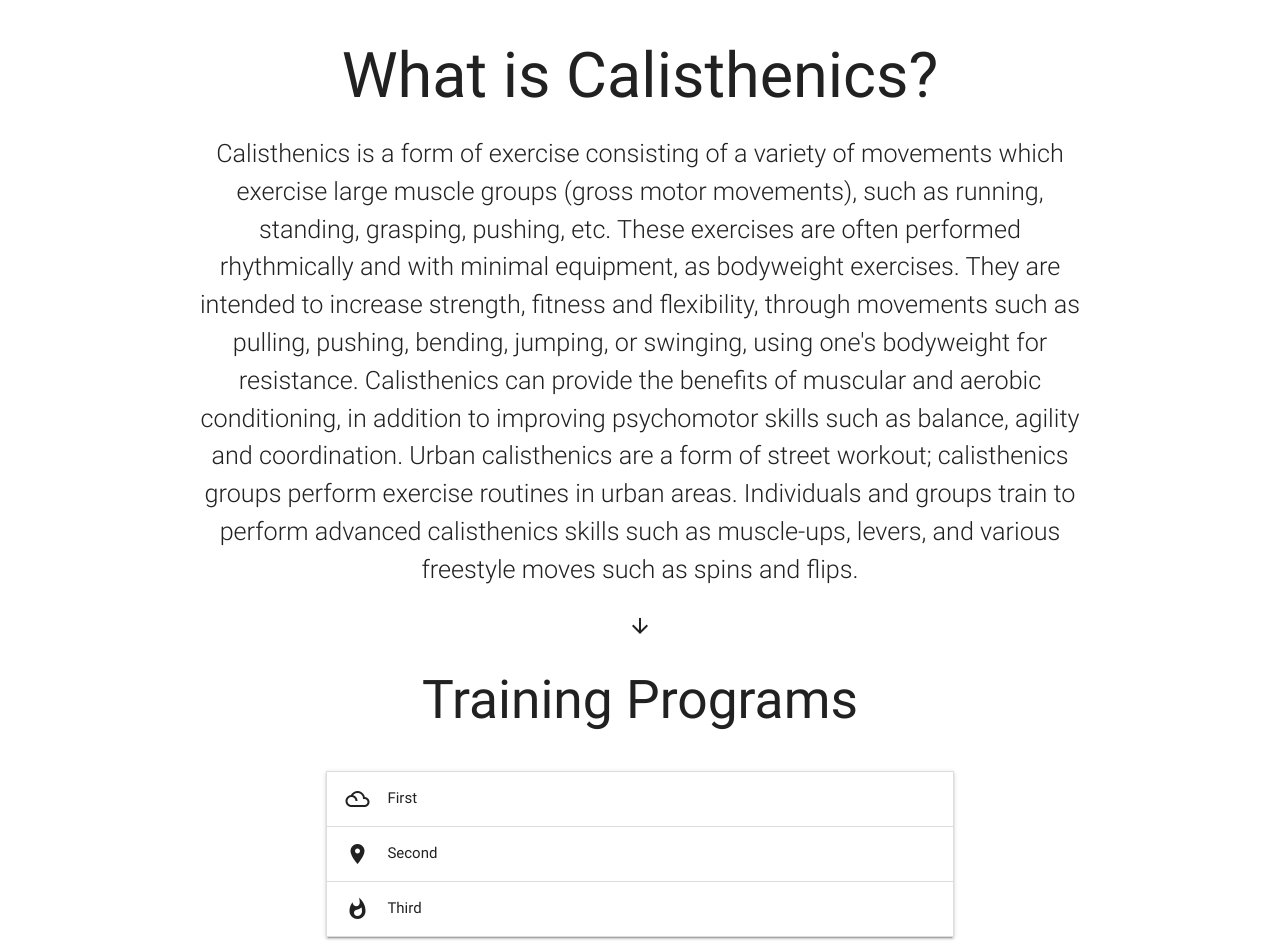
Repository: Ario124/calisthenics-project
Page: http://localhost/
The author's editor kept a record of every edit. The page is drawn from the files as they stood at one moment, then again after the next edit.
The browser window is 1280 px wide. The pictures show the part of the page from y = 559 to 1511 px (the page is 1511 px tall).
The page is served by the project's application, run on Flask 3 (app.py). Queries for data that is not in the repository find no rows.

Above is the page before.

### templates/index.html
{% extends 'base.html' %}
{% block content %}

<div class="container">
     <div class="video-container">
        <iframe src="///www.youtube.com/embed/FHBtLAvNGo4?start=14&end=103&controls=0&showinfo=0&rel=0&autoplay=1&loop=1&playlist=FHBtLAvNGo4&mute=1" frameborder="0" allowfullscreen></iframe>
      </div>


                <div class="row">
                    <div class="col s12 center">
                        <h1 class="center">What is Calisthenics?</h1>

                        <p class="flow-text">
                            Calisthenics is a form of exercise consisting of a variety of movements which exercise large muscle groups
                            (gross motor movements), such as running, standing, grasping, pushing, etc. These exercises are often performed rhythmically
                            and with minimal equipment, as bodyweight exercises.<span class ="hide-on-small-only"> They are intended to increase strength, fitness and flexibility, through
                            movements such as pulling, pushing, bending, jumping, or swinging, using one's bodyweight for resistance. Calisthenics can provide
                            the benefits of muscular and aerobic conditioning, in addition to improving psychomotor skills such as balance, agility and coordination.

                            Urban calisthenics are a form of street workout; calisthenics groups perform exercise routines in urban areas.
                            Individuals and groups train to perform advanced calisthenics skills such as muscle-ups, levers, and various freestyle moves such as spins and flips.</span>

                        </p>

                        <ul class="hide-on-large-only collapsible">
                            <li>
                                <div class="collapsible-header"><i class="material-icons">info_outline</i>Read More</div>
                                <div class="collapsible-body"><span>They are intended to increase strength, fitness and flexibility, through
                            movements such as pulling, pushing, bending, jumping, or swinging, using one's bodyweight for resistance. Calisthenics can provide
                            the benefits of muscular and aerobic conditioning, in addition to improving psychomotor skills such as balance, agility and coordination.

                            Urban calisthenics are a form of street workout; calisthenics groups perform exercise routines in urban areas.
                            Individuals and groups train to perform advanced calisthenics skills such as muscle-ups, levers, and various freestyle moves such as spins and flips.</span></div>
                            </li>
                        </ul>

                        <div class="row">
                            <div class="">
                                    <i class="rrow material-icons">arrow_downward</i>
                            </div>

                        </div>

                        <h2>Training Programs</h2>

                    </div>

                </div>
               <div class="container contoo">

                                         {% for program in training_programs %}
                {{program.program_name}}
                {{program.program_category}}
                {{program.difficulty_level}}
                {{program.strength_required}}
                {{program.sets_amount}}
                {{program.reps_amount}}
                {{program.equipment_required}}
                 {% endfor %}

              <ul class="collapsible">
                <li>
                    <div class="collapsible-header"><i class="material-icons">filter_drama</i>First</div>
                    <div class="collapsible-body"><span>Lorem ipsum dolor sit amet.</span></div>
                </li>
                <li>
                    <div class="collapsible-header"><i class="material-icons">place</i>Second</div>
                    <div class="collapsible-body"><span>Lorem ipsum dolor sit amet.</span></div>
                </li>
                <li>
                    <div class="collapsible-header"><i class="material-icons">whatshot</i>Third</div>
                    <div class="collapsible-body"><span>Lorem ipsum dolor sit amet.</span></div>
                </li>
            </ul>
            </div>
               </div>



{% endblock %}

### templates/base.html
<!DOCTYPE html>
<html lang="en">
<head>
    <link href="https://fonts.googleapis.com/icon?family=Material+Icons" rel="stylesheet">
    <link rel="stylesheet" href="https://cdnjs.cloudflare.com/ajax/libs/materialize/0.100.2/css/materialize.min.css">
                <link rel="stylesheet" href="{{url_for('static', filename="css/main.css")}}" type="text/css" />

    <title>Calisthenics Project</title>
</head>
<body>
<header>

    <div class="navbar-fixed">
        <nav>
            <div class="nav-wrapper">
              <a href="{{url_for('home')}}" class="brand-logo center">Calisthenics</a>
              <ul id="nav-mobile" class="right hide-on-med-and-down">
                <li><a href="{{url_for('add_program')}}">Add Program</a></li>
                <li><a href="{{url_for('categories')}}">Categories</a></li>
                <li><a href="{{url_for('contact')}}">Contact Us</a></li>
              </ul>
            </div>
      </nav>
    </div>


</header>
    {% block content %}
    {% endblock %}

    <script src="https://cdnjs.cloudflare.com/ajax/libs/jquery/3.4.1/jquery.min.js"></script>
    <script src="https://cdnjs.cloudflare.com/ajax/libs/materialize/0.100.2/js/materialize.min.js"></script>

</body>
</html>

### app.py
import os
from flask import Flask, render_template, redirect, request, url_for
from flask_pymongo import PyMongo
from bson.objectid import ObjectId

app = Flask(__name__)


app.config["MONGO_DBNAME"] = 'calisthenics-project'
app.config["MONGO_URI"] = 'mongodb+srv://root:pasol005@myfirstcluster-qno2b.mongodb.net/calisthenics?retryWrites=true&w=majority'


mongo = PyMongo(app)

@app.route('/')
@app.route('/home')
def home():
    return render_template('index.html', training_programs=mongo.db.training_programs.find())

@app.route('/add_program')
def add_program():
    return render_template('add_program.html')

@app.route('/categories')
def categories():
    return render_template('categories.html')

@app.route('/contact')
def contact():
    return render_template('contact.html')



if __name__ == '__main__':
    app.run(host=os.environ.get('IP'),
            port=int(os.environ.get('PORT')),
            debug=True)

### static/css/main.css
nav {
    background-color: #2c9cbd52;

}

.brand-logo {
    font-size: 40px;
}

.video-container iframe, .video-container object, .video-container embed {
    position: absolute;
    top: 0;
    left: 0;
    width: 100%;
    height: 100%;

}


.circle {
    width: 36%;
}

.video-container {
    bottom: 65px;
}

After the next edit:
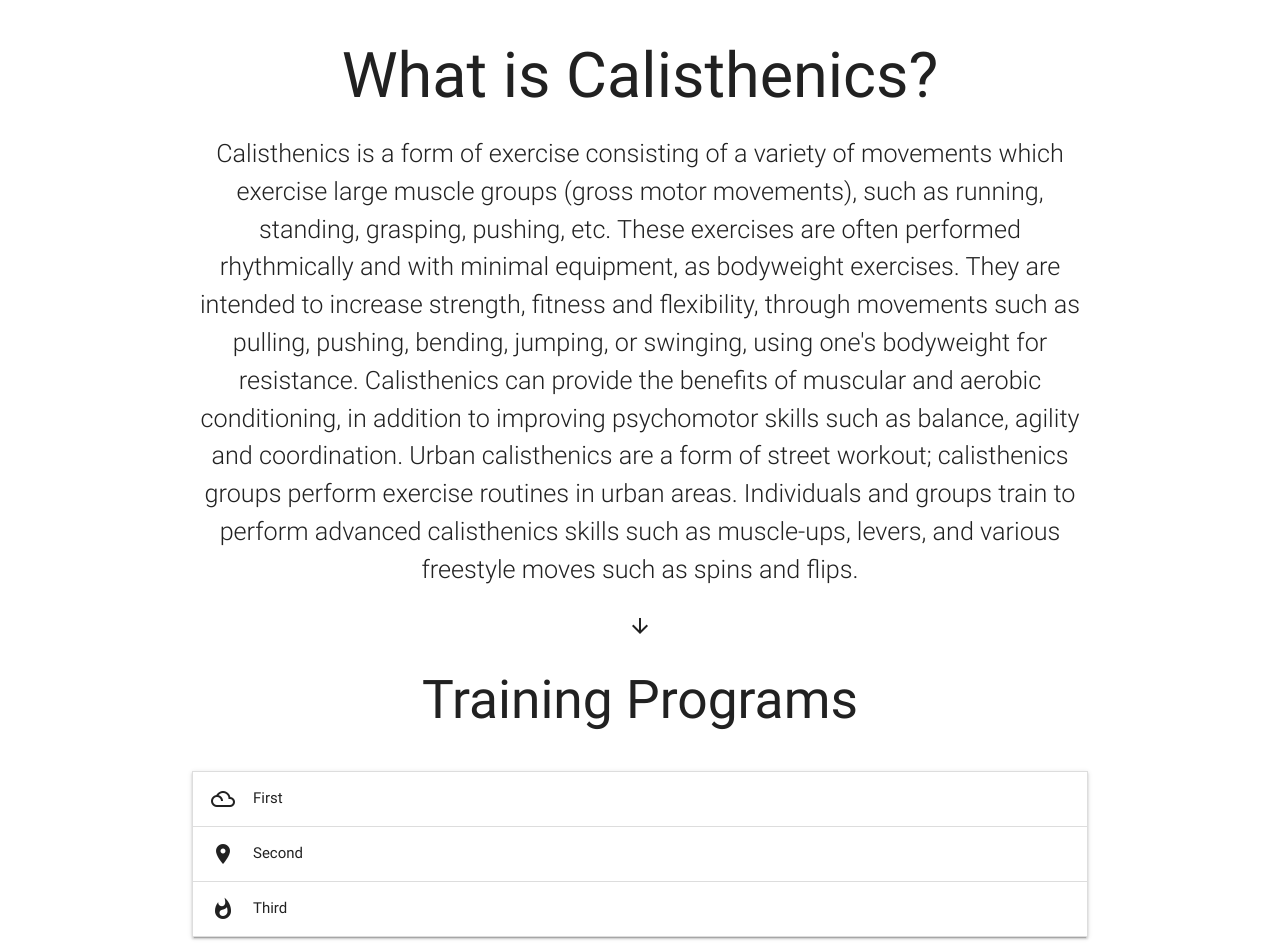
The edit:
--- a/templates/index.html
+++ b/templates/index.html
@@ -47,7 +47,7 @@
                     </div>
 
                 </div>
-               <div class="container contoo">
+               <div class="contoo">
 
                                          {% for program in training_programs %}
                 {{program.program_name}}
